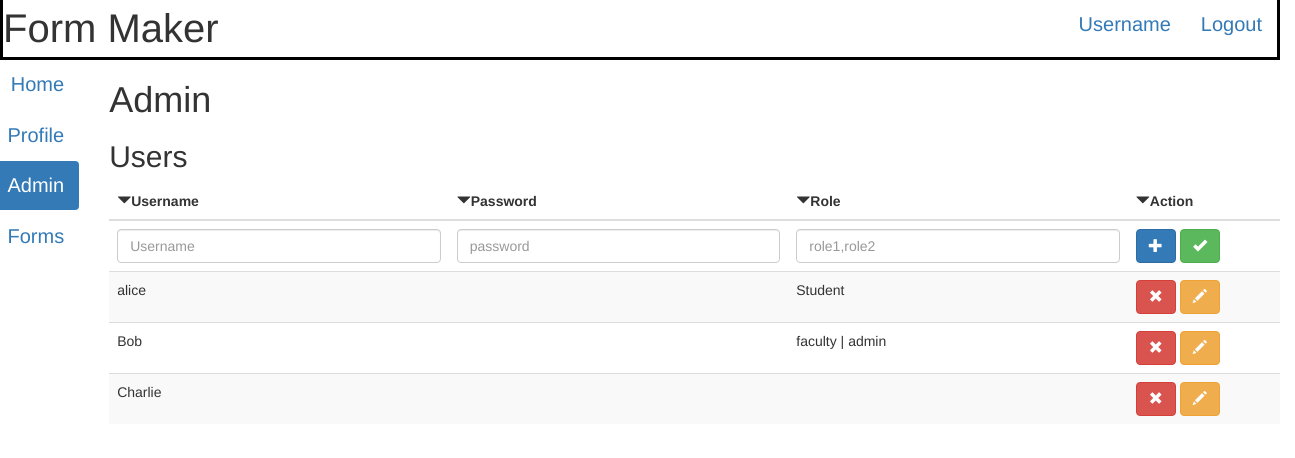
Repository: dishant8/Web-development
Page: public/WebDevWorkspace/Assignment1/WebContent/Css/Bootstrap/admin.html
The author's editor kept a copy of each file at every save. The page is drawn from the files as they stood at one save, then again after the next save.
The browser window is 1280 px wide. The page is 1295 px wide, so the pictures cover 1295 px, including what lies to the right of the window. The pictures show the whole page.

Above is the page before, as saved 2015-10-03 21:30:27.

### public/WebDevWorkspace/Assignment1/WebContent/Css/Bootstrap/admin.html
<!DOCTYPE html>
<html>
<head>
<meta charset="ISO-8859-1">
<title>Form Maker</title>
<!--   <link href="Css/bootstrap.min.css" rel="stylesheet" />-->
<link href="app/vendor/bootstrap/dist/css/bootstrap.min.css"
	rel="stylesheet" />

<link rel="stylesheet" href="style.css" />


</head>
<body>
		<div id="upper-header">
				<span class="header-width">Form Maker</span>
				<ul class="nav nav-pills navigate">
					<li id="logout" role="presentation"><a href="login.html">Logout</a></li>
					<li id="username" role="presentation"><a href="profile.html">Username</a></li>
				</ul>
		</div>

	<div class="row">

		<div class="col-xs-1">

			<ul class="nav nav-pills nav-stacked">
				<li role="presentation"><a href="home.html">Home</a></li>
				<li role="presentation"><a href="profile.html">Profile</a></li>
				<li role="presentation" class="active"><a href="admin.html">Admin</a></li>
				<li role="presentation" ><a href="forms.html">Forms</a></li>
			</ul>
		</div>


		<div class="col-xs-11">
			<h1>Admin</h1>
			<h2>Users</h2>

			<table class="table table-striped">
				<thead>
					<tr>
						<th><scan
									class="glyphicon glyphicon-triangle-bottom"></scan>Username</th>
						<th><scan
									class="glyphicon glyphicon-triangle-bottom"></scan>Password</th>
						<th><scan
									class="glyphicon glyphicon-triangle-bottom"></scan>Role</th>
						<th><scan
									class="glyphicon glyphicon-triangle-bottom"></scan>Action</th>
					</tr>
					<tr>
						<td><input class="form-control" type="text" name="Username"
							placeholder="Username" /></td>
						<td><input class="form-control" type="text" name="password"
							placeholder="password" /></td>
						<td><input class="form-control" type="text" name="role"
							placeholder="role1,role2"></td>
						<td><a href="#" class="btn btn-primary"> <scan
									class="glyphicon glyphicon-plus"></scan>
						</a> <a href="#" class="btn btn-success"> <scan
									class="glyphicon glyphicon-ok"></scan>
						</a></td>
					</tr>
				</thead>
				<tbody>
					<tr>
						<td>alice</td>
						<td></td>

						<td>Student</td>
						<td><a href="#" class="btn btn-danger"> <scan
									class="glyphicon glyphicon-remove"></scan>
						</a> <a href="#" class="btn btn-warning"> <scan
									class="glyphicon glyphicon-pencil"></scan>
						</a></td>
					</tr>
					<tr>
						<td>Bob</td>
						<td></td>
						<td>faculty | admin</td>
						<td><a href="#" class="btn btn-danger"> <scan
									class="glyphicon glyphicon-remove"></scan>
						</a> <a href="#" class="btn btn-warning"> <scan
									class="glyphicon glyphicon-pencil"></scan>
						</a></td>
					</tr>
					<tr>
						<td>Charlie</td>
						<td></td>
						<td></td>
						<td><a href="#" class="btn btn-danger"> <scan
									class="glyphicon glyphicon-remove"></scan>
						</a> <a href="#" class="btn btn-warning"> <scan
									class="glyphicon glyphicon-pencil"></scan>
						</a></td>
					</tr>

				</tbody>
			</table>

		</div>
	</div>
</body>

### public/WebDevWorkspace/Assignment1/WebContent/Css/Bootstrap/style.css
body {margin ="10px";padding ="10px";

}

.col-md-1 {
	border-right: black solid medium;
	border-top: black solid medium;
	border-bottom: black solid medium;
	border-left: black solid medium;
	font-size: 15px;
}

.contain {
	border-bottom: black solid medium;
	border-top: black solid medium;
	border-right: black solid medium;
	border-left: black solid medium;
	margin-top: 30 px;
	margin-bottom: 30 px;
	margin-left: 30 px;
	margin-right: 30 px;
}

#navigate {float = right;
	font-size: 20px;
}

.nav-pills>li {
	float: right;
	font-size: 20px;
}

#upper-header {
	border-bottom: black solid;
	border-right: black solid;
	border-left: black solid;
}

#tab {
	float: left;
	font-size: 20px;
}

.navigate {
	width: 30%;
	float: right;
}

.header-width {
	width: 70%;
	font-size: 40px;
}

Loaded but not shown: public/WebDevWorkspace/Assignment1/WebContent/Css/Bootstrap/app/vendor/bootstrap/dist/css/bootstrap.min.css (library)

After the next save:
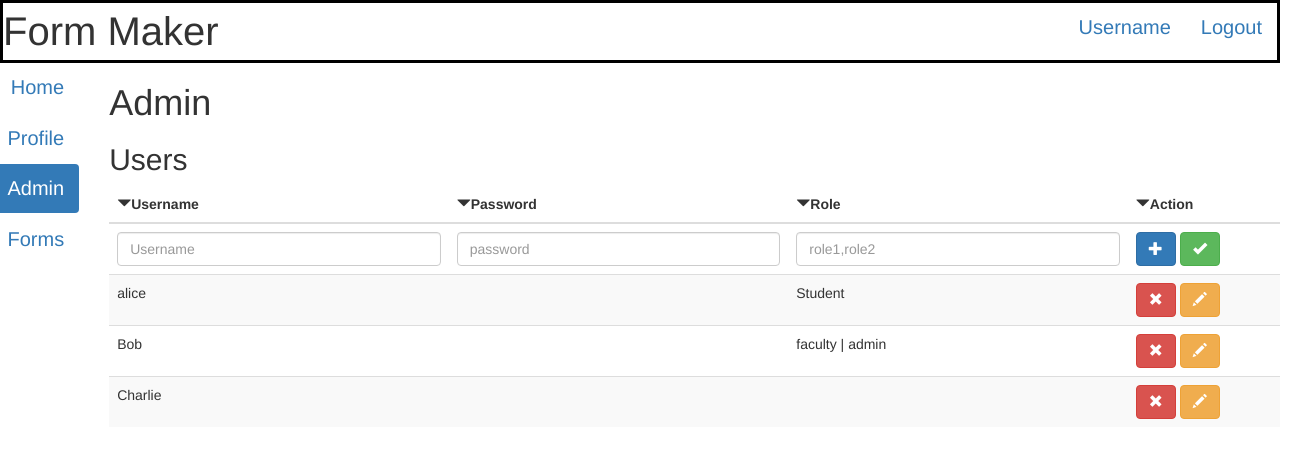
Saved 13 s later.
--- a/public/WebDevWorkspace/Assignment1/WebContent/Css/Bootstrap/style.css
+++ b/public/WebDevWorkspace/Assignment1/WebContent/Css/Bootstrap/style.css
@@ -34,6 +34,7 @@ body {margin ="10px";padding ="10px";
 	border-bottom: black solid;
 	border-right: black solid;
 	border-left: black solid;
+	border-top: black solid;
 }
 
 #tab {
